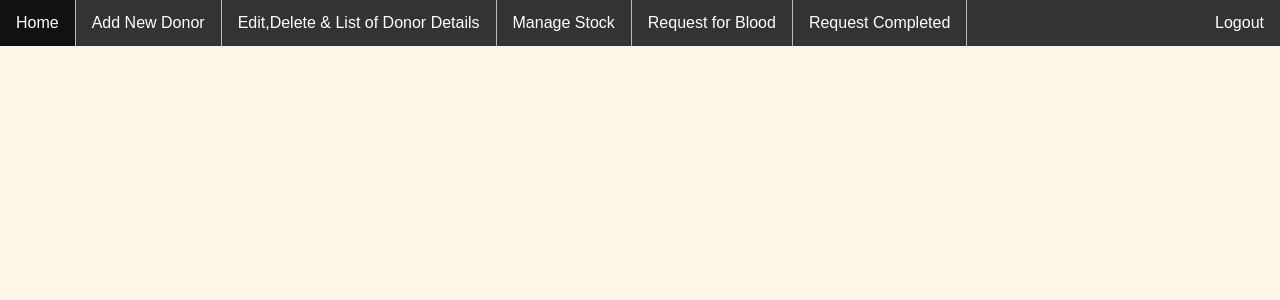
Repository: GopikaGnath/jsp
Page: job seekers/WebContent/header.html
An editor plug-in stored every save of this project. The page is shown before and after the next save, followed by the edit.
The browser window is 1280 px wide. The pictures show the whole page.

Above is the page before, as saved 2023-07-17 10:25:17.

After the next save:
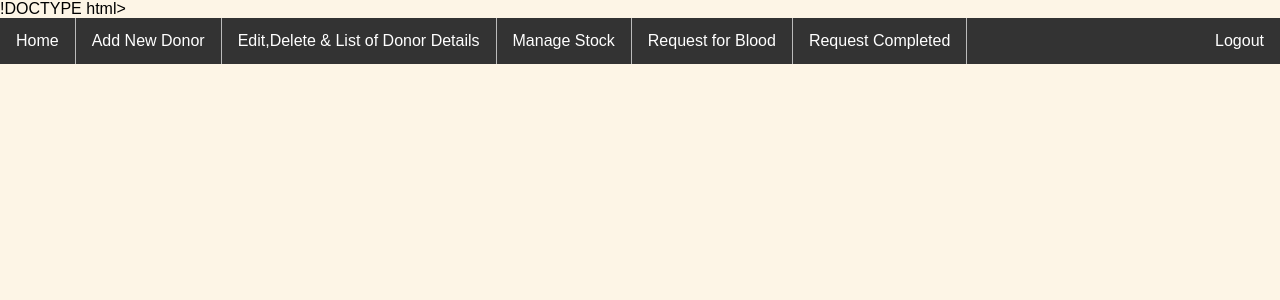
Saved 90 s later.
--- a/job seekers/WebContent/header.html
+++ b/job seekers/WebContent/header.html
@@ -1,4 +1,4 @@
-<!DOCTYPE html>
+!DOCTYPE html>
 <html>
 <head>
  <link rel="stylesheet" href="style.css" type="text/css" media="screen">
